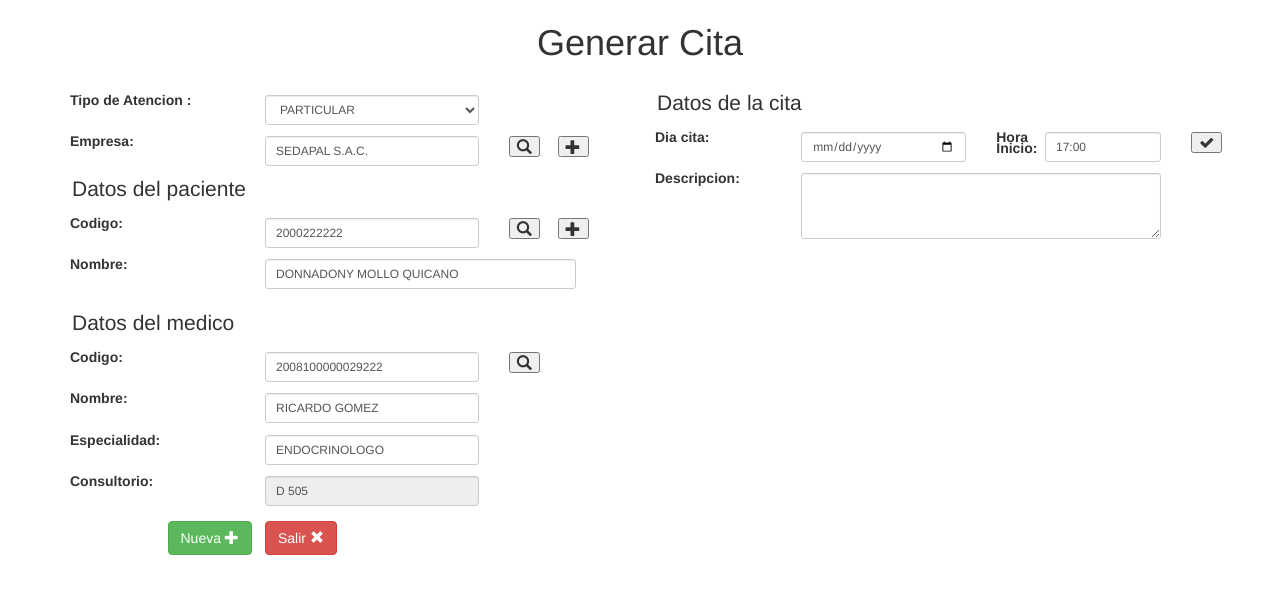
Repository: Donyx10/ADSII-ProyectoClinica
Page: http://localhost/AvanceWeb/GeneraCitaMedica.jsp
These files come from the project's save history. The page is drawn as it stood at one moment and after the next save; the edit follows.
The browser window is 1280 px wide. The pictures show the whole page.
Some web fonts or font styles are not loaded; a fallback is used. The page is served by Tomcat 9.

Above is the page before, as saved 2018-06-04 05:40:11.

After the next save:
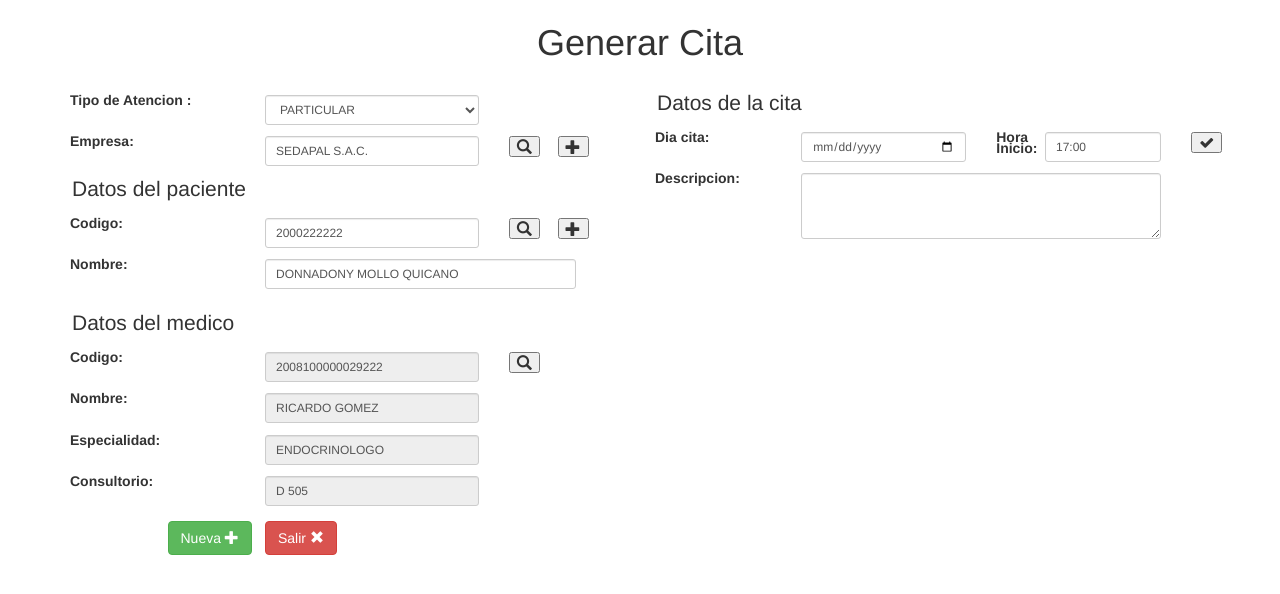
Saved 29 s later.
--- a/WebDemo/AvanceWeb/WebContent/GeneraCitaMedica.jsp
+++ b/WebDemo/AvanceWeb/WebContent/GeneraCitaMedica.jsp
@@ -119,7 +119,7 @@
 										<label class="" for="id_codigo">Codigo:</label>
 									</div>
 									<div class="col-md-5">
-										<input class="form-control input-sm" type="text"
+										<input class="form-control input-sm" type="text" readonly="readonly"
 											id="id_codigo" value="2008100000029222"
 											name="computadora.nombre" placeholder="Ingrese el codigo">
 
@@ -136,7 +136,7 @@
 										<label class="" for="">Nombre:</label>
 									</div>
 									<div class="col-md-5">
-										<input class="form-control input-sm" type="text" id=""
+										<input class="form-control input-sm" type="text" id="" readonly="readonly"
 											value="RICARDO GOMEZ" name="" placeholder="Ingrese el nombre">
 									</div>
 								</div>
@@ -146,7 +146,7 @@
 										<label class="" for="">Especialidad:</label>
 									</div>
 									<div class="col-md-5">
-										<input class="form-control input-sm" type="text" id="" name=""
+										<input class="form-control input-sm" type="text" id="" name="" readonly="readonly"
 											value="ENDOCRINOLOGO" placeholder="Ingrese la especialidad">
 									</div>
 								</div>
